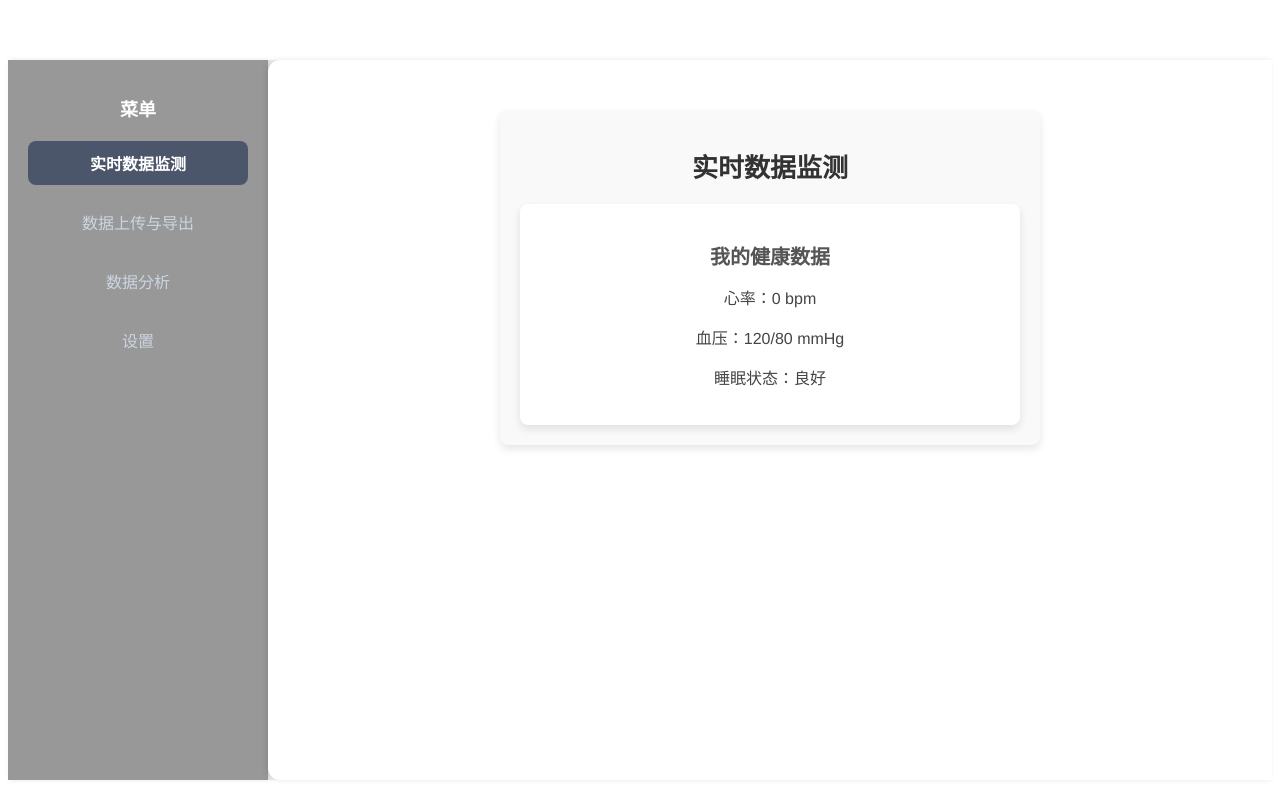
Repository: hyperion0831/The-management-of-IoT-data-sharing-based-on-blockchain
Page: / (app in Dz/frontend/)
An editor plug-in stored every save of this project. The page is shown before and after the next save, followed by the edit.
The browser window is 1280 px wide. The pictures show the whole page.
The project was rebuilt for these pictures with package versions that can differ from the ones it lists, and the page was loaded fresh each time. Also part of the build but not shown: Dz/frontend/vue.config.js, Dz/frontend/src/components/dashboard/DataUploadAndExport.vue, Dz/frontend/src/components/dashboard/DataAnalysis.vue, Dz/frontend/src/components/dashboard/AppSettings.vue.

Above is the page before, as saved 2024-11-03 20:57:38.

After the next save:
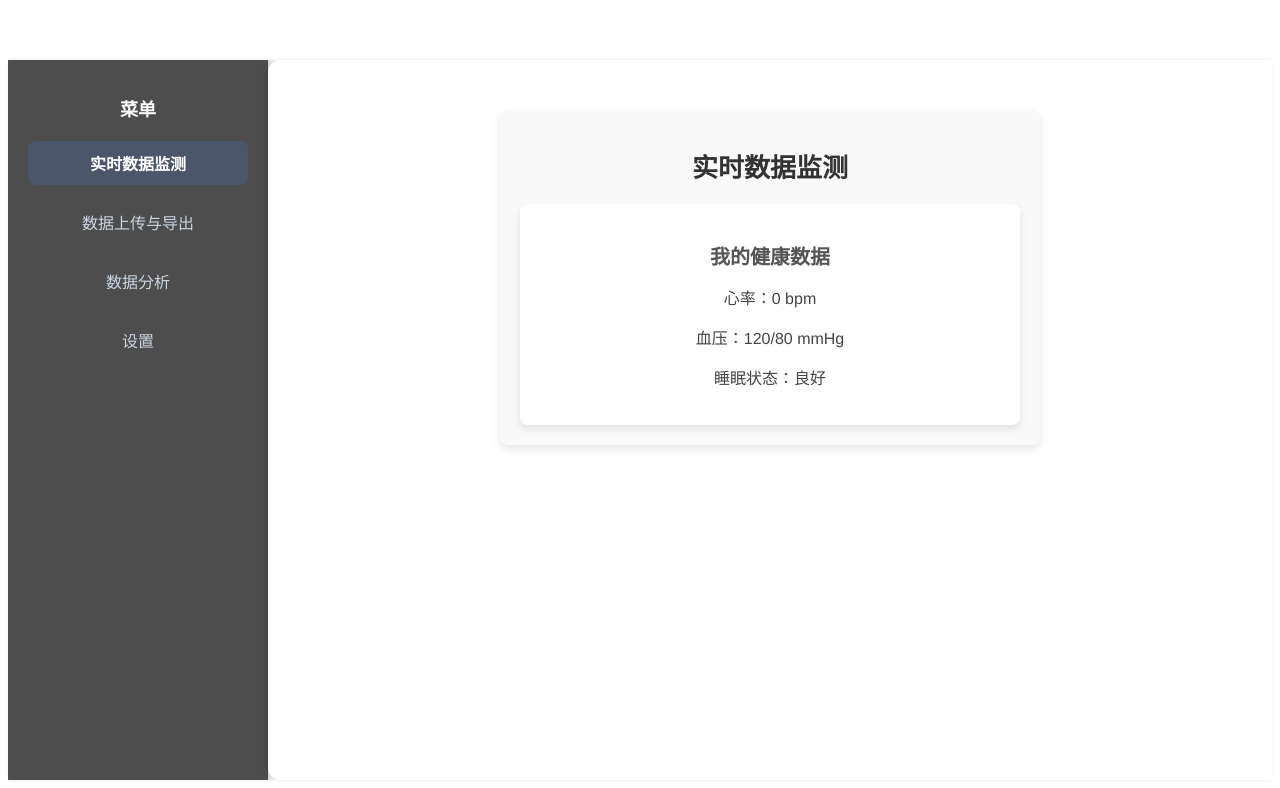
Saved 14 s later.
--- a/Dz/frontend/src/components/DataDashBoard.vue
+++ b/Dz/frontend/src/components/DataDashBoard.vue
@@ -108,7 +108,7 @@ export default {
 .sidebar {
   width: 220px;
   padding: 20px;
-  background-color: #989898;
+  background-color: #4d4d4d;
   color: #ffffff;
   box-shadow: 2px 0 5px rgba(0, 0, 0, 0.1);
 }
